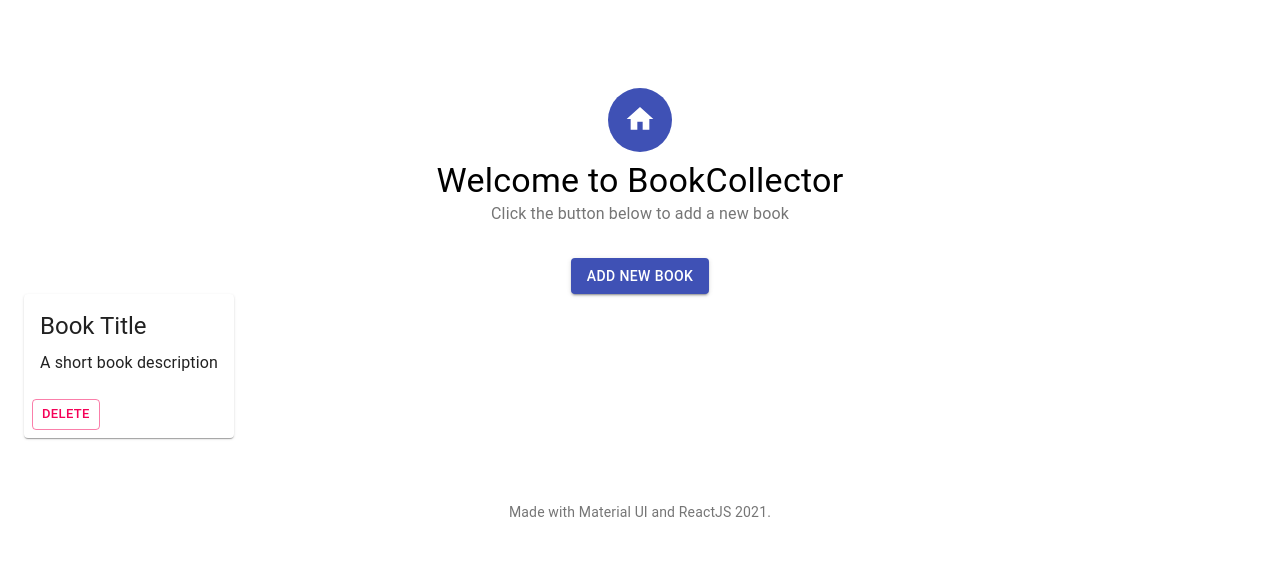
Repository: Colo-Codes/mini-project-react-book-collector
Page: /
These files come from the project's save history. The page is drawn as it stood at one moment and after the next save; the edit follows.
The browser window is 1280 px wide. The pictures show the whole page.
The project was rebuilt for these pictures with package versions that can differ from the ones it lists, and the page was loaded fresh each time. Also part of the build but not shown: src/Books/AddBookForm.js.

Above is the page before, as saved 2021-08-25 08:45:03.

After the next save:
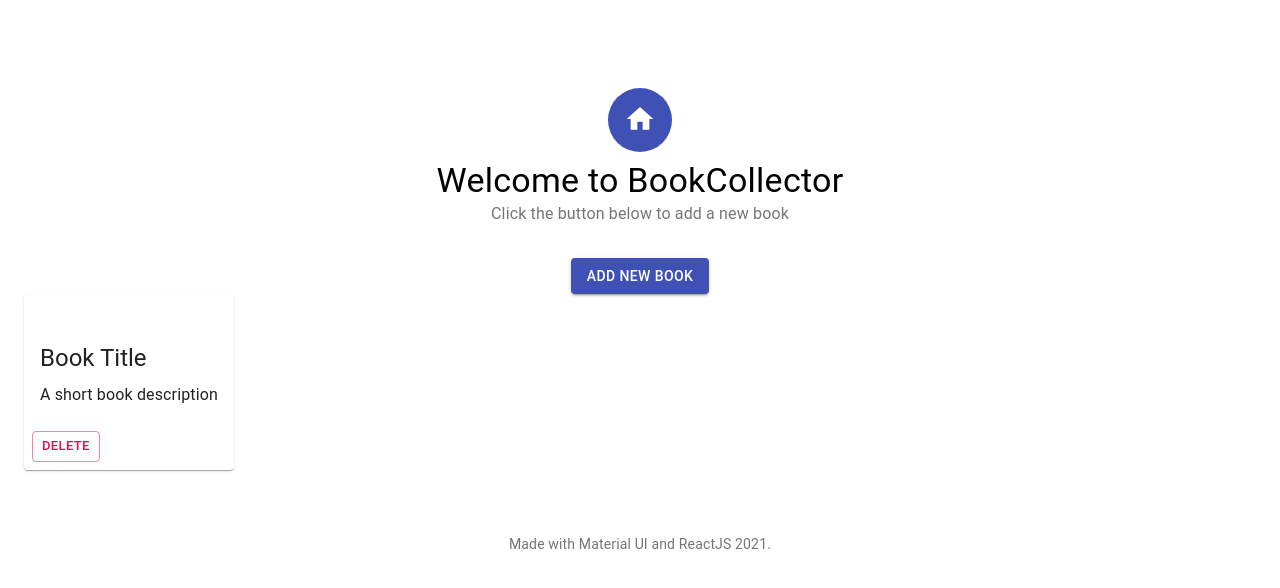
Saved 55 s later.
--- a/src/App.js
+++ b/src/App.js
@@ -1,6 +1,6 @@
 import React, { useState } from 'react';
 
-import { Box, Button, makeStyles, Container, Grid, Card, CardContent, CardActions, Typography } from '@material-ui/core';
+import { Box, Button, makeStyles, Container, Grid, Card, CardContent, CardActions, Typography, CardHeader } from '@material-ui/core';
 import { Home } from '@material-ui/icons';
 
 import AddBookForm from './Books/AddBookForm';
@@ -46,6 +46,9 @@ function App() {
 
             <Grid item>
               <Card>
+                <CardHeader>
+
+                </CardHeader>
                 <CardContent>
                   <Typography gutterBottom variant="h5" component="h2">
                     Book Title
